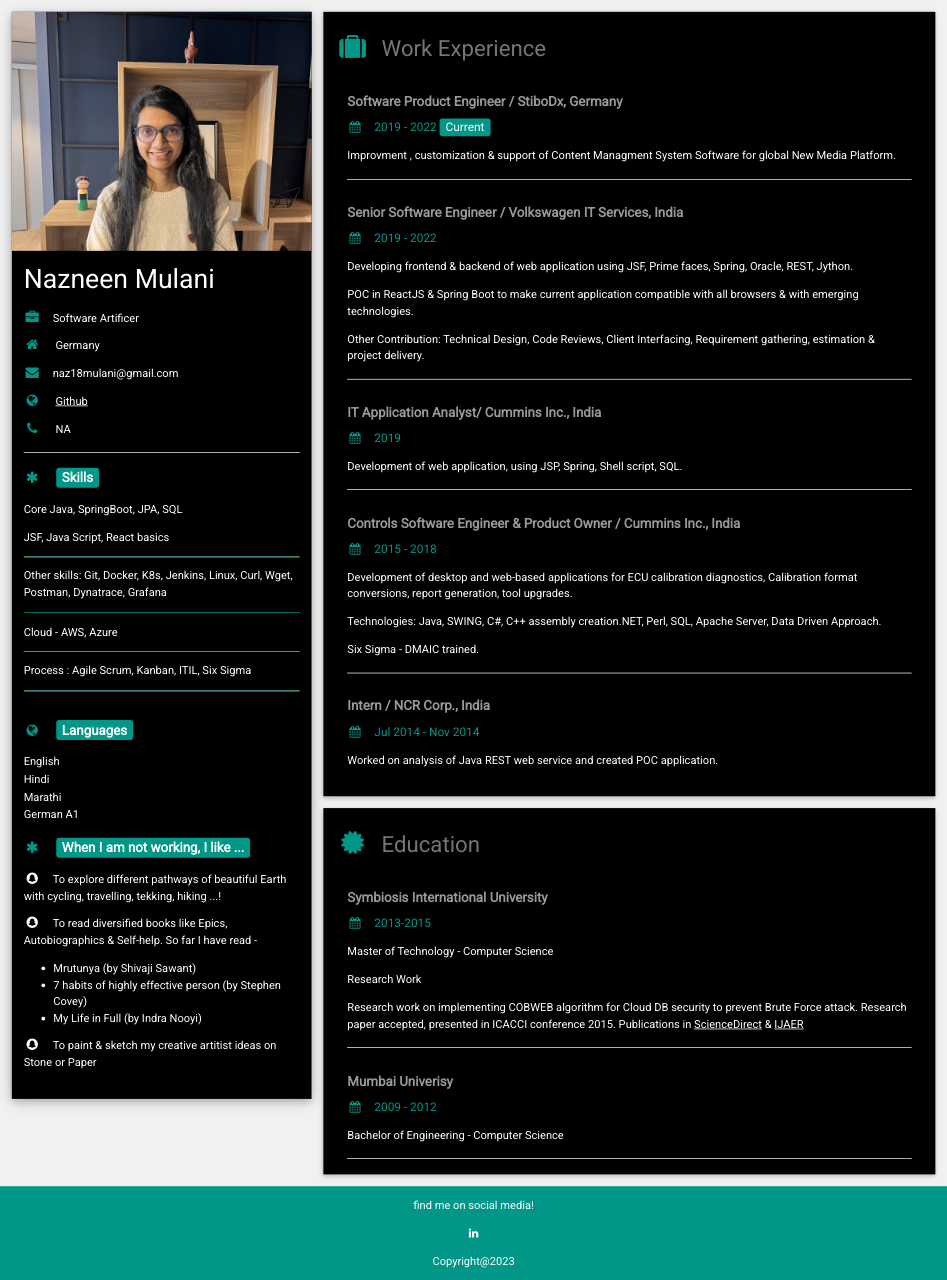
Repository: nazneenprojects/nazneen.github.io
Page: index.html
An editor plug-in stored every save of this project. The page is shown before and after the next save, followed by the edit.
The browser window is 1280 px wide. The pictures show the whole page, at 74% of full size.

Above is the page before, as saved 2023-07-09 12:35:10.

### index.html
<!DOCTYPE html>
<html>
<title>Nazneen Portfolio</title>
<meta charset="UTF-8">
<meta name="viewport" content="width=device-width, initial-scale=1">
<link rel="stylesheet" href="https://www.w3schools.com/w3css/4/w3.css">
<link rel='stylesheet' href='https://fonts.googleapis.com/css?family=Roboto'>
<link rel="stylesheet" href="https://cdnjs.cloudflare.com/ajax/libs/font-awesome/4.7.0/css/font-awesome.min.css">
<style>
html,body,h1,h2,h3,h4,h5,h6 {font-family: "Roboto", sans-serif}
</style>
<body class="w3-light-grey">

<!-- Page Container -->
<div class="w3-content w3-margin-top" style="max-width:1400px;">

  <!-- The Grid -->
  <div class="w3-row-padding">

    <!-- Left Column -->
    <div class="w3-third">

      <div class="w3-black w3-text-white w3-card-4">
        <div class="w3-display-container">
          <img src="IMG_NazneenM.JPG" style="width:100%" alt="Avatar">
          <div class="w3-display-bottomleft w3-container w3-text-black">
          </div>
        </div>
        <div class="w3-container">
          <h1>Nazneen Mulani</h1>
          <p><i class="fa fa-briefcase fa-fw w3-margin-right w3-large w3-text-teal"></i>Software Artificer</p>
          <p><i class="fa fa-home fa-fw w3-margin-right w3-large w3-text-teal"></i> Germany </p>
          <p><i class="fa fa-envelope fa-fw w3-margin-right w3-large w3-text-teal"></i>naz18mulani@gmail.com</p>
          <p><i class="fa fa-globe fa-fw w3-margin-right w3-large w3-text-teal"></i>
          <a href="https://github.com/nazneenprojects">Github</a>
          </p>
          <p><i class="fa fa-phone fa-fw w3-margin-right w3-large w3-text-teal"></i> NA </p>
          <hr>

          <p class="w3-large"><b><i class="fa fa-asterisk fa-fw w3-margin-right w3-text-teal"></i> <span class="w3-tag w3-teal w3-round">Skills</span></b></p>
          <p>Core Java, SpringBoot, JPA, SQL</p>

          <p>JSF, Java Script, React basics</p>
          <div class="w3-light-grey w3-round-xlarge w3-small">
            <div class="w3-container w3-center w3-round-xlarge w3-teal" style="width:100%">
            </div>
          </div>
          <p>Other skills: Git, Docker, K8s, Jenkins, Linux, Curl, Wget, Postman, Dynatrace, Grafana</p>
          <div class="w3-light-grey w3-round-xlarge w3-small">
            <div class="w3-container w3-center w3-square-xlarge w3-teal" style="width:100%">
           </div>
          </div>
          <p>Cloud - AWS, Azure</p>
          <div class="w3-light-grey w3-round-xlarge w3-small">
            <div class="w3-container w3-center w3-round-xlarge w3-teal" style="width:100%">
            </div>
          </div>
          <p>Process : Agile Scrum, Kanban, ITIL, Six Sigma</p>
          <div class="w3-light-grey w3-round-xlarge w3-small">
            <div class="w3-container w3-center w3-round-xlarge w3-teal" style="width:100%">
            </div>
          </div>
          <br>

          <p class="w3-large w3-text-theme"><b><i class="fa fa-globe fa-fw w3-margin-right w3-text-teal"></i> <span class="w3-tag w3-teal w3-round">Languages</span></b></p>

          <div class="w3-light-grey w3-round-xlarge">
            <div class="w3-square-xlarge w3-black" style="height:24px;width:100%">English</div>
          </div>

          <div class="w3-light-grey w3-round-xlarge">
            <div class="w3-square-xlarge w3-black" style="height:24px;width:100%">Hindi</div>
          </div>

          <div class="w3-light-grey w3-round-xlarge">
            <div class="w3-square-xlarge w3-black" style="height:24px;width:100%">Marathi</div>
          </div>

          <div class="w3-light-grey w3-round-xlarge">
            <div class="w3-square-xlarge w3-black" style="height:24px;width:100%">German A1</div>
          </div>

          <p class="w3-large"><b><i class="fa fa-asterisk fa-fw w3-margin-right w3-text-teal"></i> <span class="w3-tag w3-teal w3-round">When I am not working, I like ...</span></b></p>
          <p><i class="fa fa-snapchat fa-fw w3-margin-right w3-large w3-text-white"></i>To explore different pathways of beautiful Earth with cycling, travelling, tekking, hiking ...!  </p>
          <div>
            <p><i class="fa fa-snapchat fa-fw w3-margin-right w3-large w3-text-white"></i>To read diversified books like Epics, Autobiographics & Self-help. So far I have read - </p>
            <ul>
              <li>Mrutunya (by Shivaji Sawant)</li>
              <li>7 habits of highly effective person (by Stephen Covey)</li>
              <li>My Life in Full (by Indra Nooyi)</li>
            </ul>
          </div>

          <p><i class="fa fa-snapchat fa-fw w3-margin-right w3-large w3-text-white"></i>To paint & sketch my creative artitist ideas on Stone or Paper   </p>
          <br>
        </div>
      </div><br>

    <!-- End Left Column -->
    </div>

    <!-- Right Column -->
    <div class="w3-twothird">

      <div class="w3-container w3-card w3-black w3-margin-bottom">
        <h2 class="w3-text-grey w3-padding-16"><i class="fa fa-suitcase fa-fw w3-margin-right w3-xxlarge w3-text-teal"></i>Work Experience</h2>
        <div class="w3-container">
          <h5 class="w3-opacity"><b>Software Product Engineer / StiboDx, Germany</b></h5>
          <h6 class="w3-text-teal"><i class="fa fa-calendar fa-fw w3-margin-right"></i>2019 - 2022 <span class="w3-tag w3-teal w3-round">Current</span></h6>
          <p> Improvment , customization & support of Content Managment System Software for global New Media Platform.</p>
          <hr>
        </div>
        <div class="w3-container">
          <h5 class="w3-opacity"><b>Senior Software Engineer / Volkswagen IT Services, India</b></h5>
          <h6 class="w3-text-teal"><i class="fa fa-calendar fa-fw w3-margin-right"></i>2019 - 2022</h6>
          <p>Developing frontend & backend of web application using JSF, Prime faces, Spring, Oracle, REST, Jython.</p>
          <p>POC in ReactJS & Spring Boot to make current application compatible with all browsers & with emerging technologies.</p>
          <p>Other Contribution: Technical Design, Code Reviews, Client Interfacing, Requirement gathering, estimation & project delivery.</p>
          <hr>
        </div>
        <div class="w3-container">
          <h5 class="w3-opacity"><b>IT Application Analyst/ Cummins Inc., India</b></h5>
          <h6 class="w3-text-teal"><i class="fa fa-calendar fa-fw w3-margin-right"></i>2019 </h6>
          <p>Development of web application, using JSP, Spring, Shell script, SQL.</p>
          <hr>
        </div>
        <div class="w3-container">
          <h5 class="w3-opacity"><b>Controls Software Engineer & Product Owner / Cummins Inc., India</b></h5>
          <h6 class="w3-text-teal"><i class="fa fa-calendar fa-fw w3-margin-right"></i>2015 - 2018</h6>
          <p>Development of desktop and web-based applications for ECU calibration diagnostics, Calibration format conversions, report generation, tool upgrades.</p>
          <p>Technologies: Java, SWING, C#, C++ assembly creation.NET, Perl, SQL, Apache Server, Data Driven Approach.</p>
          <p>Six Sigma - DMAIC trained.</p>
          <hr>
        </div>
        <div class="w3-container">
          <h5 class="w3-opacity"><b>Intern / NCR Corp., India</b></h5>
          <h6 class="w3-text-teal"><i class="fa fa-calendar fa-fw w3-margin-right"></i>Jul 2014 - Nov 2014</h6>
          <p>Worked on analysis of Java REST web service and created POC application. </p><br>
        </div>
      </div>

      <div class="w3-container w3-card w3-black">
        <h2 class="w3-text-grey w3-padding-16"><i class="fa fa-certificate fa-fw w3-margin-right w3-xxlarge w3-text-teal"></i>Education</h2>
        <div class="w3-container">
          <h5 class="w3-opacity"><b> Symbiosis International University</b></h5>
          <h6 class="w3-text-teal"><i class="fa fa-calendar fa-fw w3-margin-right"></i>2013-2015</h6>
          <p>Master of Technology - Computer Science</p>
          <p>Research Work</p>
          <p>
            Research work on implementing COBWEB algorithm for Cloud DB security to prevent Brute Force attack. Research paper accepted, presented in ICACCI conference 2015. Publications in

            <a href="https://www.sciencedirect.com/science/article/pii/S1877050915005359">ScienceDirect</a> &
            <a href="https://www.ripublication.com/Volume/ijaerv10n12.htm">IJAER</a>
          </p>
          <hr>
        </div>
        <div class="w3-container">
          <h5 class="w3-opacity"><b>Mumbai Univerisy</b></h5>
          <h6 class="w3-text-teal"><i class="fa fa-calendar fa-fw w3-margin-right"></i>2009 - 2012</h6>
          <p>Bachelor of Engineering - Computer Science</p>
          <hr>
        </div>
      </div>

    <!-- End Right Column -->
    </div>

  <!-- End Grid -->
  </div>

  <!-- End Page Container -->
</div>

<footer class="w3-container w3-teal w3-center w3-margin-top">

  <p>find me on social media!</p>
  <a href="https://www.linkedin.com/in/nazneen-mulani-05004012a/"> <i class="fa fa-linkedin w3-hover-opacity"></i></a>
  <p>Copyright@2023</p>
 <!--
  <i class="fa fa-facebook-official w3-hover-opacity"></i>
  <i class="fa fa-instagram w3-hover-opacity"></i>
  <i class="fa fa-snapchat w3-hover-opacity"></i>
  <i class="fa fa-pinterest-p w3-hover-opacity"></i>
  <i class="fa fa-twitter w3-hover-opacity"></i>
  <p>Powered by <a href="https://www.w3schools.com/w3css/default.asp" target="_blank">w3.css</a></p>
 -->
</footer>

</body>
</html>

After the next save:
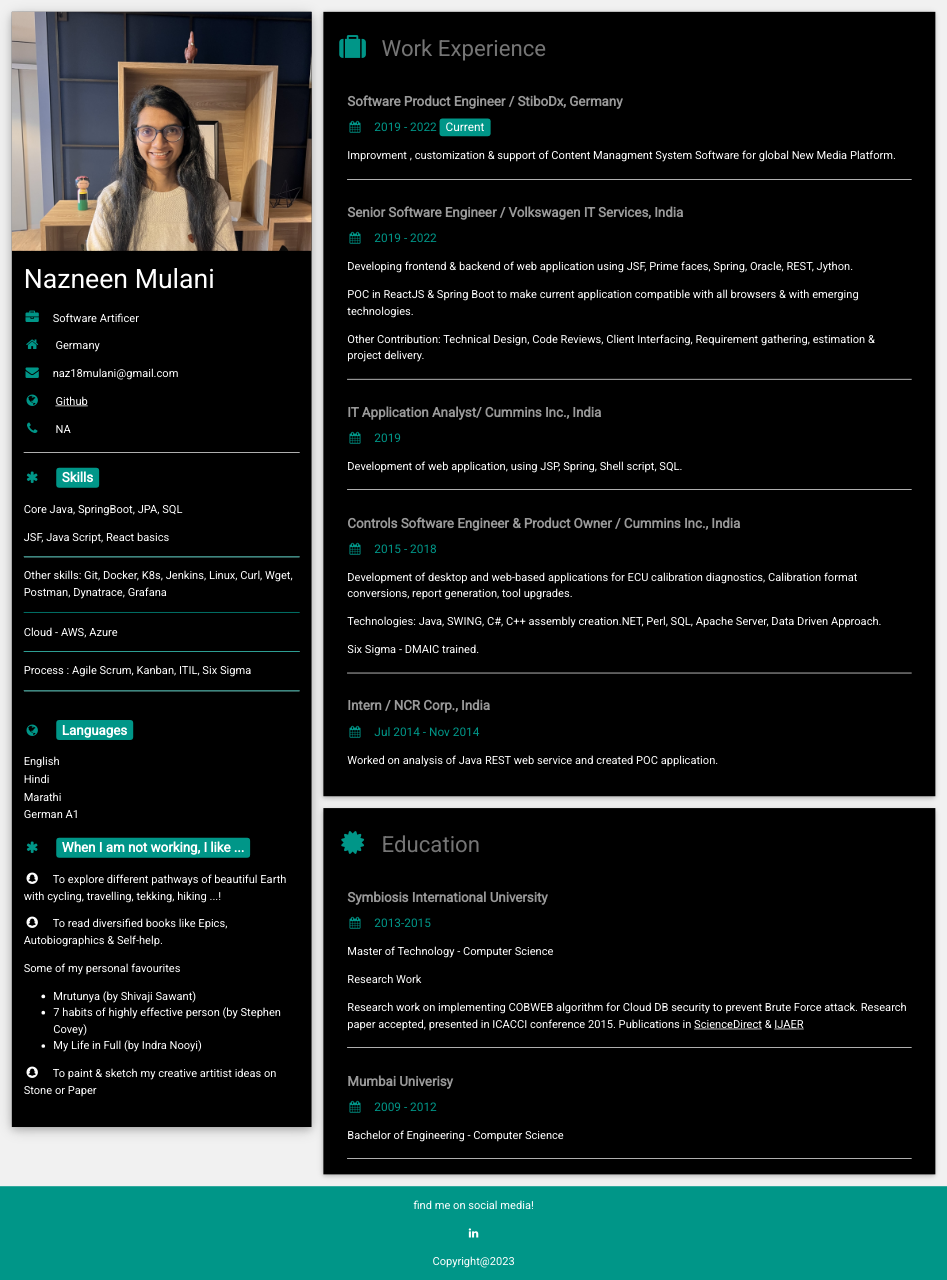
Saved 58 s later.
--- a/index.html
+++ b/index.html
@@ -83,7 +83,8 @@
           <p class="w3-large"><b><i class="fa fa-asterisk fa-fw w3-margin-right w3-text-teal"></i> <span class="w3-tag w3-teal w3-round">When I am not working, I like ...</span></b></p>
           <p><i class="fa fa-snapchat fa-fw w3-margin-right w3-large w3-text-white"></i>To explore different pathways of beautiful Earth with cycling, travelling, tekking, hiking ...!  </p>
           <div>
-            <p><i class="fa fa-snapchat fa-fw w3-margin-right w3-large w3-text-white"></i>To read diversified books like Epics, Autobiographics & Self-help. So far I have read - </p>
+            <p><i class="fa fa-snapchat fa-fw w3-margin-right w3-large w3-text-white"></i>To read diversified books like Epics, Autobiographics & Self-help. </p>
+            <p>Some of my personal favourites </p>
             <ul>
               <li>Mrutunya (by Shivaji Sawant)</li>
               <li>7 habits of highly effective person (by Stephen Covey)</li>
